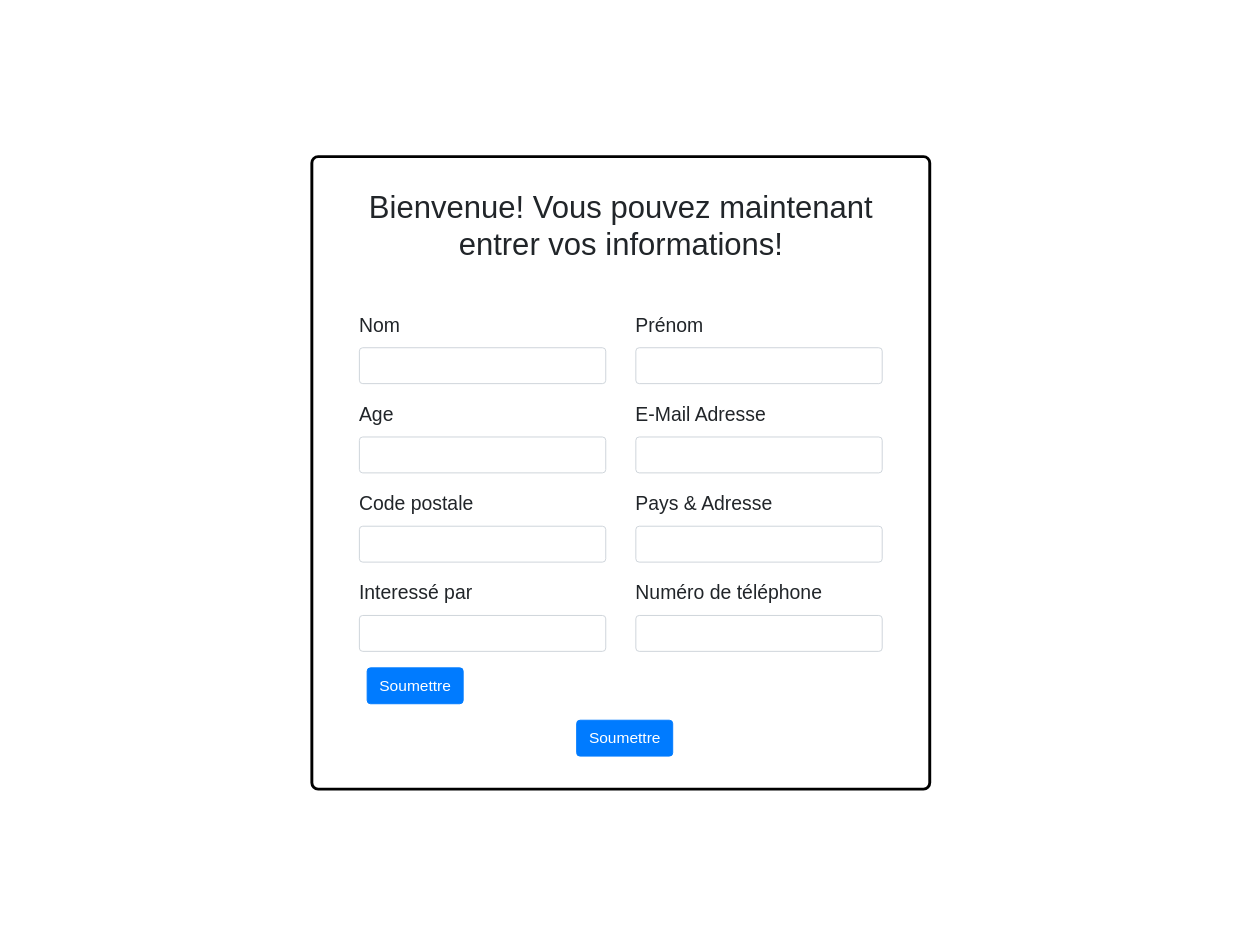
Repository: Aminox84/frontend-main
Page: /
The author's editor kept a copy of each file at every save. The page is drawn from the files as they stood at one save, then again after the next save.
The browser window is 1280 px wide. The pictures show the whole page, at 97% of full size.
The project was rebuilt for these pictures with package versions that can differ from the ones it lists, and the page was loaded fresh each time.

Above is the page before, as saved 2022-12-29 21:11:36.

After the next save:
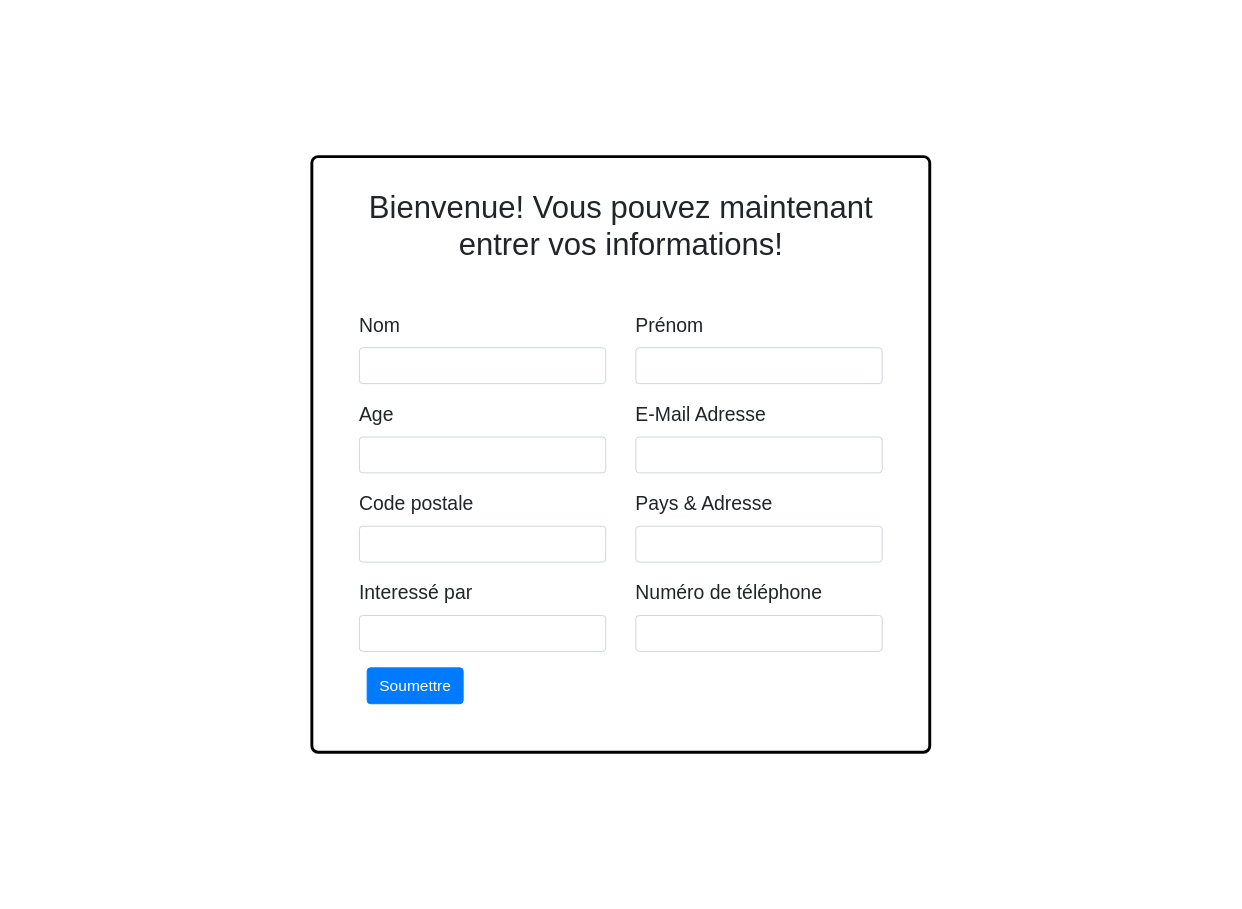
Saved 6 s later.
--- a/src/App.tsx
+++ b/src/App.tsx
@@ -17,7 +17,6 @@ function App() {
        <UserForm />
        <div className='d-flex justify-content-center mt-3'>
        {/* {!isFirstStep && <button className='btn btn-primary ml-2' type="button" onClick={back}>Back</button>} */}
-       <button type="button" className='btn btn-primary ml-2'>Soumettre</button>
        </div>
       </form>
     </div>
